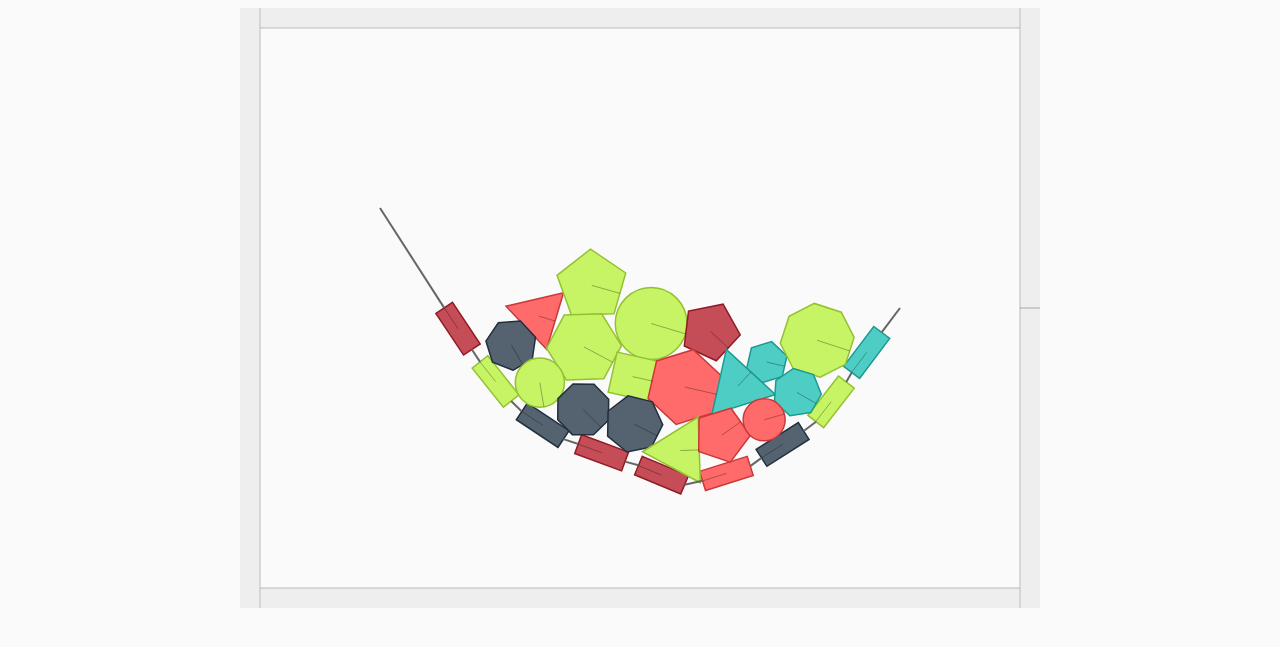
Repository: WebRTCGame/Kinematics-Character
Page: bf.html
The author's editor kept a record of every edit. The page is drawn from the files as they stood at one moment, then again after the next edit.
The browser window is 1280 px wide. The pictures show the whole page.

Above is the page before.

### bf.html
<!doctype html>
<html>

<head>
  <meta charset="utf-8">

  <style type="text/css">
    body {
  background: #fafafa;
  text-align: center;
}

canvas {
  display: inline-block;
  max-width: 100%;
  max-height: 100%;
}

canvas:active {
  cursor: pointer;
  cursor: -webkit-grabbing;
}
  </style>
  <script src="./matter-0.7.0.min.js"></script>
</head>

<body>


  <script>
   // Matter.js - http://brm.io/matter-js/

// Matter module aliases
var Engine = Matter.Engine,
    World = Matter.World,
    Body = Matter.Body,
    Bodies = Matter.Bodies,
    Constraint = Matter.Constraint,
    Composites = Matter.Composites,
    Common = Matter.Common,
    MouseConstraint = Matter.MouseConstraint;

// create a Matter.js engine
var engine = Engine.create(document.body, {
  render: {
    options: {
      showAngleIndicator: true,
      wireframes: false
    }
  }
});

// add a mouse controlled constraint
var mouseConstraint = MouseConstraint.create(engine);
World.add(engine.world, mouseConstraint);

// create a groupId to prevent bridge colliding with itself
var groupId = Body.nextGroupId();

// create the bridge, a chain of rectangles
var bridge = Composites.stack(150, 300, 9, 1, 10, 10, function(x, y, column, row) {
  return Bodies.rectangle(x, y, 50, 20, { groupId: groupId });
});

Composites.chain(bridge, 0.5, 0, -0.5, 0, { stiffness: 0.9 });

// create some random objects above the bridge
var stack = Composites.stack(200, 40, 6, 3, 0, 0, function(x, y, column, row) {
  return Bodies.polygon(x, y, Math.round(Common.random(1, 8)), Common.random(20, 40));
});

// add all bodies to the world
//var bdy = Bodies.rectangle(80, 440, 120, 280, { isStatic: true });
World.add(engine.world, [
  bridge,

  //Bodies.rectangle(80, 440, 120, 280, { isStatic: true }),
  //Bodies.rectangle(720, 440, 120, 280, { isStatic: false }),
  Constraint.create({ pointA: { x: 140, y: 200 }, bodyB: bridge.bodies[0], pointB: { x: -25, y: 0 } }),
  Constraint.create({ pointA: { x: 660, y: 300 }, bodyB: bridge.bodies[8], pointB: { x: 25, y: 0 } }),
  stack
]);

// add some some walls to the world
var offset = 5;
World.add(engine.world, [
  Bodies.rectangle(400, -offset, 800 + 2 * offset, 50, { isStatic: true }),
  Bodies.rectangle(400, 600 + offset, 800 + 2 * offset, 50, { isStatic: true }),
  Bodies.rectangle(800 + offset, 300, 50, 600 + 2 * offset, { isStatic: true }),
  Bodies.rectangle(-offset, 300, 50, 600 + 2 * offset, { isStatic: true })
]);

// run the engine
Engine.run(engine);
  </script>
</body>

</html>

Loaded but not shown: matter-0.7.0.min.js (library)

After the next edit:
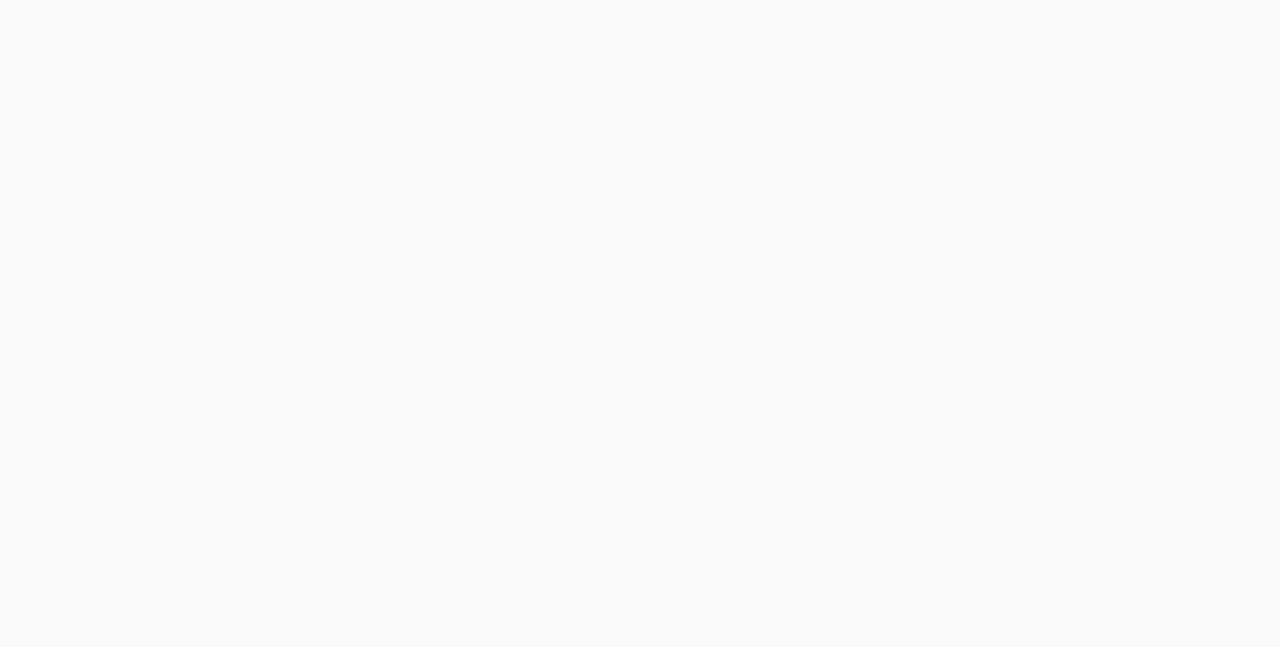
Console error: ReferenceError: _world is not defined
The edit:
--- a/bf.html
+++ b/bf.html
@@ -81,6 +81,17 @@
   stack
 ]);
 
+var ball = Bodies.circle(100, 400, 50, { density: 0.07, frictionAir: 0.001});
+
+        World.add(_world, ball);
+        World.add(_world, Constraint.create({
+            pointA: { x: 300, y: 100 },
+            bodyB: ball
+        }));
+
+
+
+
 // add some some walls to the world
 var offset = 5;
 World.add(engine.world, [

After the edit that followed:
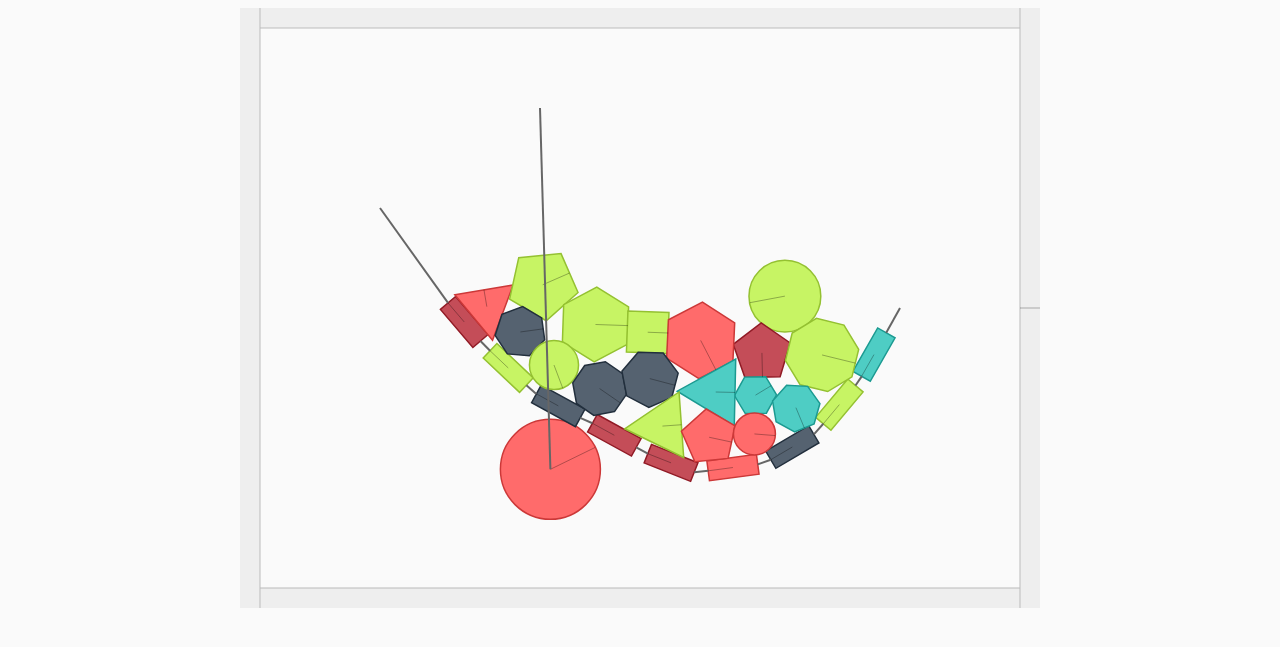
The error is gone.
The edit:
--- a/bf.html
+++ b/bf.html
@@ -49,7 +49,7 @@
     }
   }
 });
-
+var _world = engine.world;
 // add a mouse controlled constraint
 var mouseConstraint = MouseConstraint.create(engine);
 World.add(engine.world, mouseConstraint);
